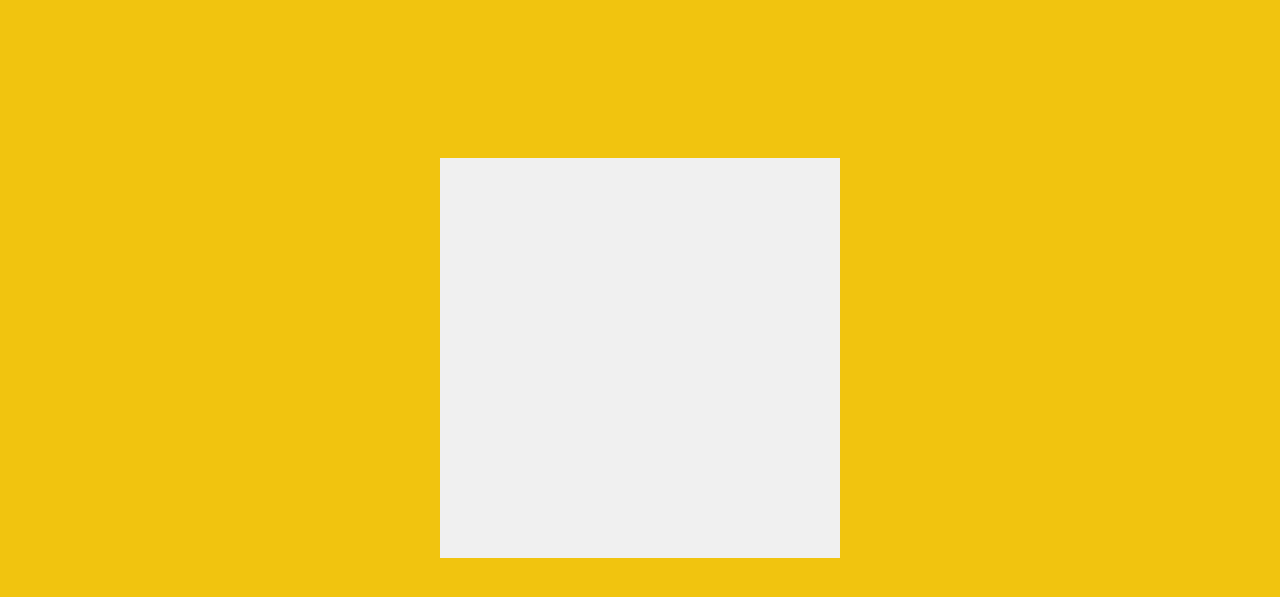
Repository: animarcus/graphing-app
Page: index.html
The author's editor kept a copy of each file at every save. The page is drawn from the files as they stood at one save, then again after the next save.
The browser window is 1280 px wide. The pictures show the whole page.
Some web libraries are served in a nearby version.

Above is the page before, as saved 2020-09-26 19:20:17.

### index.html
<!DOCTYPE html>
<html lang="en">
<head>
  <link rel="apple-touch-icon"sizes="180x180"href="/icons/apple-touch-icon.png">
  <link rel="icon"type="image/png"sizes="32x32"href="/icons/favicon-32x32.png">
  <link rel="icon"type="image/png"sizes="16x16"href="/icons/favicon-16x16.png">
  <link rel="manifest"href="/icons/site.webmanifest">

  <link rel="stylesheet" href="css/style.css">
  <meta charset="UTF-8">
  <meta name="viewport" content="width=device-width, initial-scale=1.0, maximum-scale=1.0, user-scalable=0">
  <title>PLACEHOLDER</title>

  <script type="text/javascript" src="https://cdn.jsdelivr.net/npm/p5@1.1.4/lib/p5.min.js"></script>
  <script src="js/sketch.js"></script>
</head>
<body>
  <div id="canvas1"></div>
</body>
</html>

### css/style.css
* {
  cursor: default;
  /* -webkit-touch-callout: none;
  -webkit-user-select: none;
  -khtml-user-select: none;
  -moz-user-select: none;
  -ms-user-select: none;
  user-select: none; */
}
body {
  background: #f1c40f;
  height: 100%;
  overflow-y: hidden;
  overflow-x: hidden;
  /* border-radius: 50%; */
}

#canvas1 {
  position: absolute;
  top:50%;
  left:50%;
  transform: translate(-50%,-50%);
}

### js/sketch.js

let canvasW = 400;
let canvasH = 400;

function setup() {
  let canvas = createCanvas(canvasW,canvasH);
  canvas.parent("canvas1");

  background(240);
}


function draw() {
  fill(color("green"));
  translate(canvasW/2, canvasH/2);
  // rect(0,0,50,50);
  drawHandlers.drawGrid();
}


let drawHandlers = {
  drawGrid : function() {
    // console.table(alpha());

    // translate(canvasW/2, canvasH/2);
    stroke(255,255,255,0.5);
    strokeWeight(2);
    line(0, -canvasH/2, 0, canvasH/2);

  }
}

After the next save:
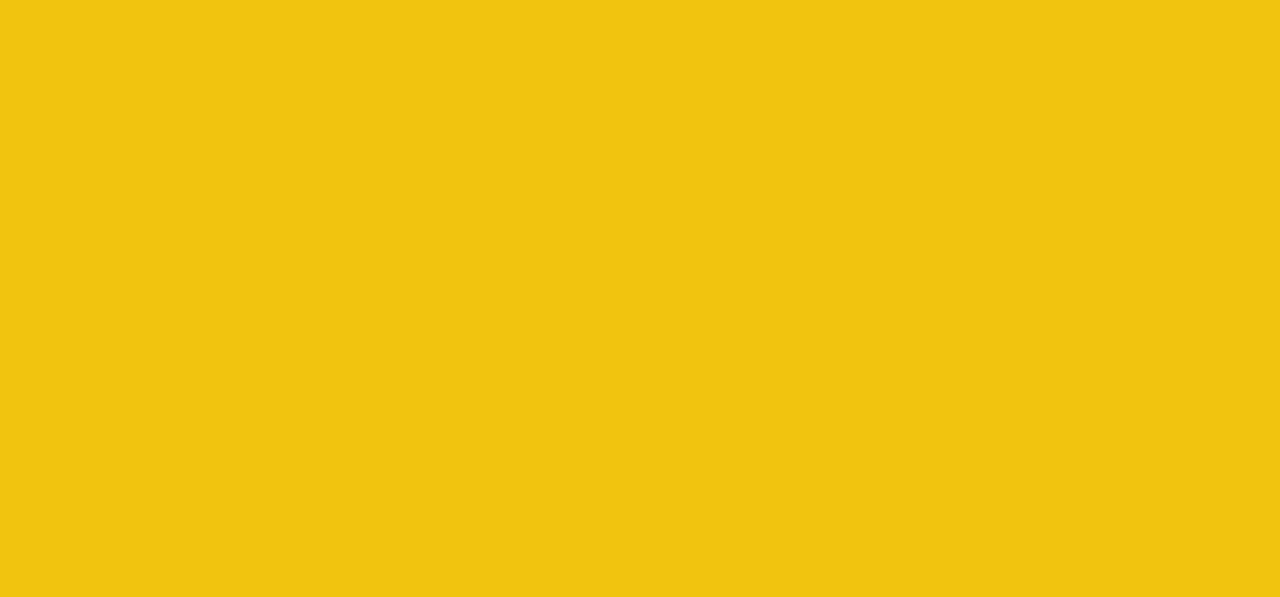
Console error: SyntaxError: Unexpected token ','
Saved 16 s later.
--- a/js/sketch.js
+++ b/js/sketch.js
@@ -23,7 +23,7 @@
     // console.table(alpha());
 
     // translate(canvasW/2, canvasH/2);
-    stroke(255,255,255,0.5);
+    stroke(rgba(100%,100%,100%,0,5));
     strokeWeight(2);
     line(0, -canvasH/2, 0, canvasH/2);
 

After the save that followed:
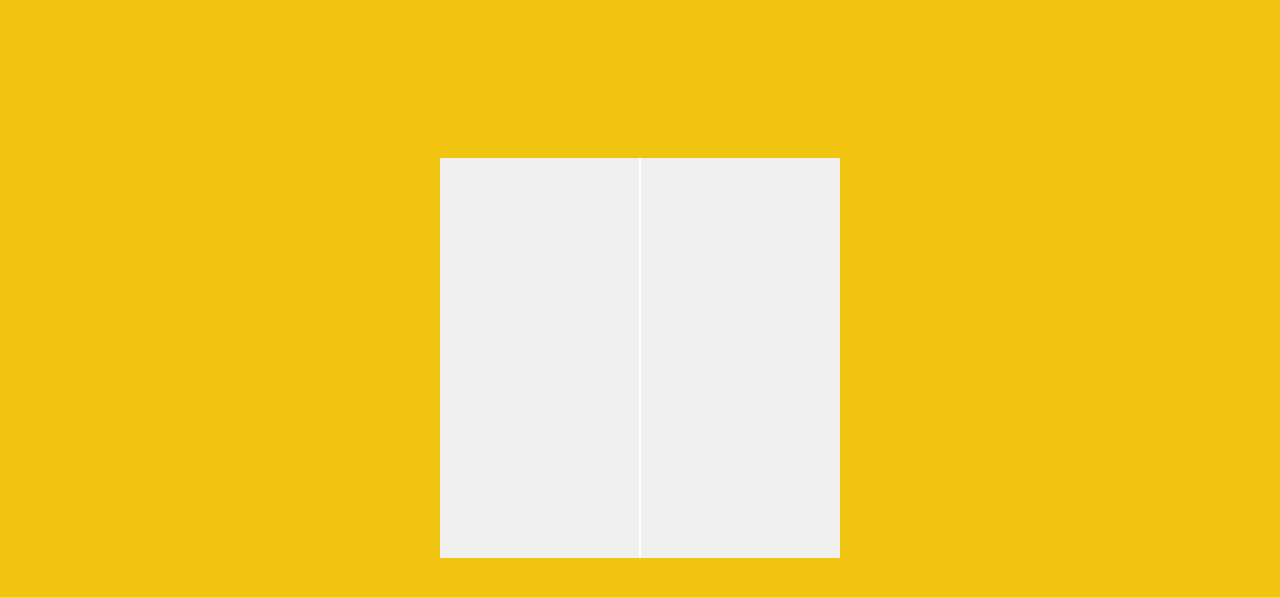
The error is gone.
Saved 7 s later.
--- a/js/sketch.js
+++ b/js/sketch.js
@@ -23,7 +23,7 @@
     // console.table(alpha());
 
     // translate(canvasW/2, canvasH/2);
-    stroke(rgba(100%,100%,100%,0,5));
+    stroke('rgba(100%,100%,100%,0,5)');
     strokeWeight(2);
     line(0, -canvasH/2, 0, canvasH/2);
 
